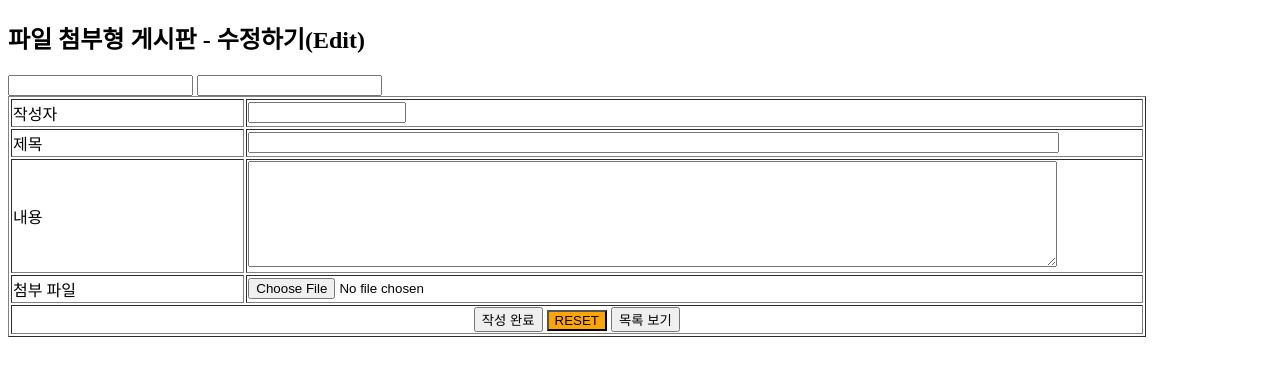
Repository: Jadedvst/Java_JSP-Servlet
Page: http://localhost/MustHaveJSP/mvcboard/edit.do
The author's editor kept a copy of each file at every save. The page is drawn from the files as they stood at one save, then again after the next save.
The browser window is 1280 px wide. The pictures show the whole page.
The page is served by Tomcat 10. Queries for data that is not in the repository find no rows.

Above is the page before, as saved 2023-12-28 07:23:03.

After the next save:
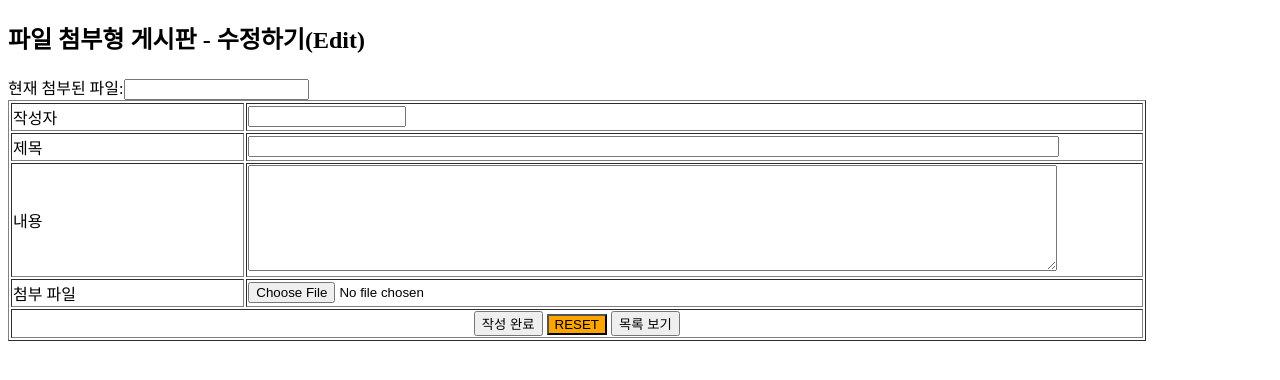
Saved 27 s later.
--- a/MustHaveJSP/src/main/webapp/14MVCBoard/Edit.jsp
+++ b/MustHaveJSP/src/main/webapp/14MVCBoard/Edit.jsp
@@ -33,8 +33,8 @@
 <form action="../mvcboard/edit.do" method="post" name="writeFrm" enctype="multipart/form-data"
 			onsubmit="return validateForm(this);">
 	<input type="hidden" id="idx" name="idx" value="${ dto.idx }"/>
-	<input type="text" readonly id="prevOfile" name="prevOfile" value="${ dto.ofile }"/>
-	<input type="text" id="prevSfile" name="prevSfile" value="${ dto.sfile }"/>
+	현재 첨부된 파일:<input type="text" readonly id="prevOfile" name="prevOfile" value="${ dto.ofile }"/>
+	<input type="hidden" id="prevSfile" name="prevSfile" value="${ dto.sfile }"/>
 	<%-- <c:if dto.ofile=${ !empty value }>
 		파일
 	</c:if> --%>
